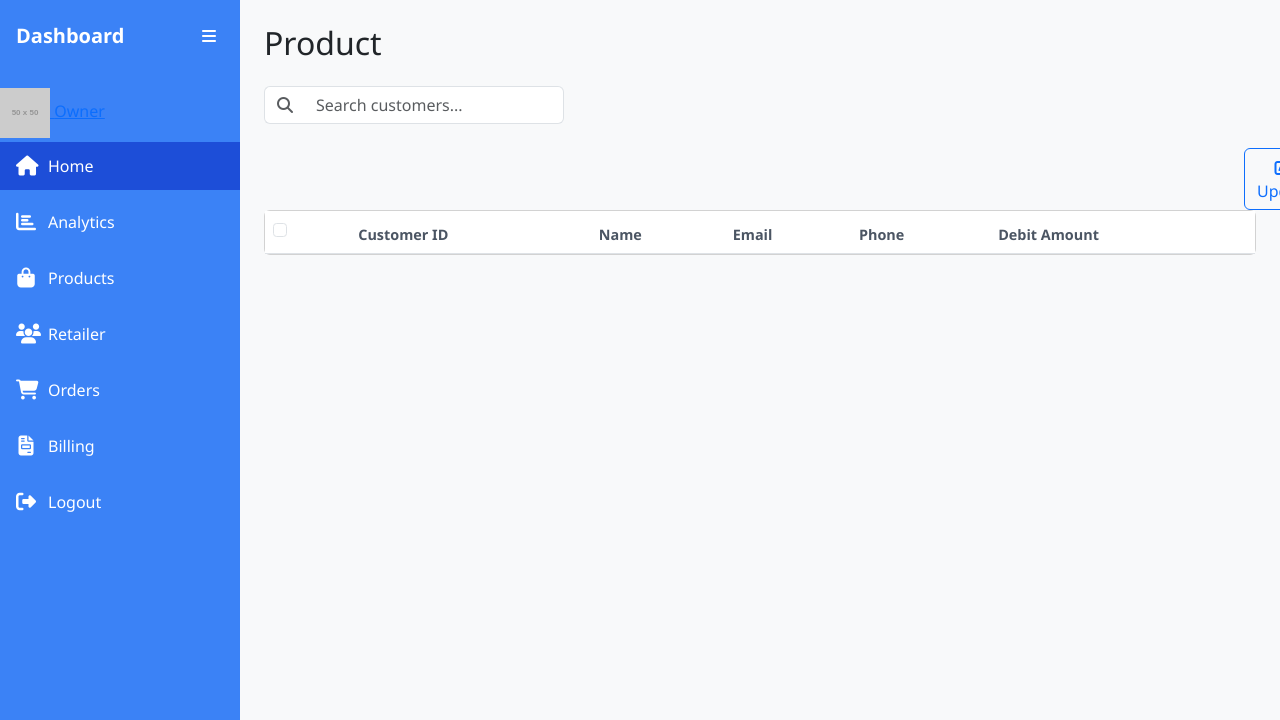
Repository: AditiAjitSalvi/Inventory_Managment
Page: http://localhost/Inventory/Product.jsp
The author's editor kept a copy of each file at every save. The page is drawn from the files as they stood at one save, then again after the next save.
The browser window is 1280 px wide. The pictures show the whole page.
The page is served by Tomcat 9. Queries for data that is not in the repository find no rows.

Above is the page before, as saved 2025-06-01 13:02:08.

After the next save:
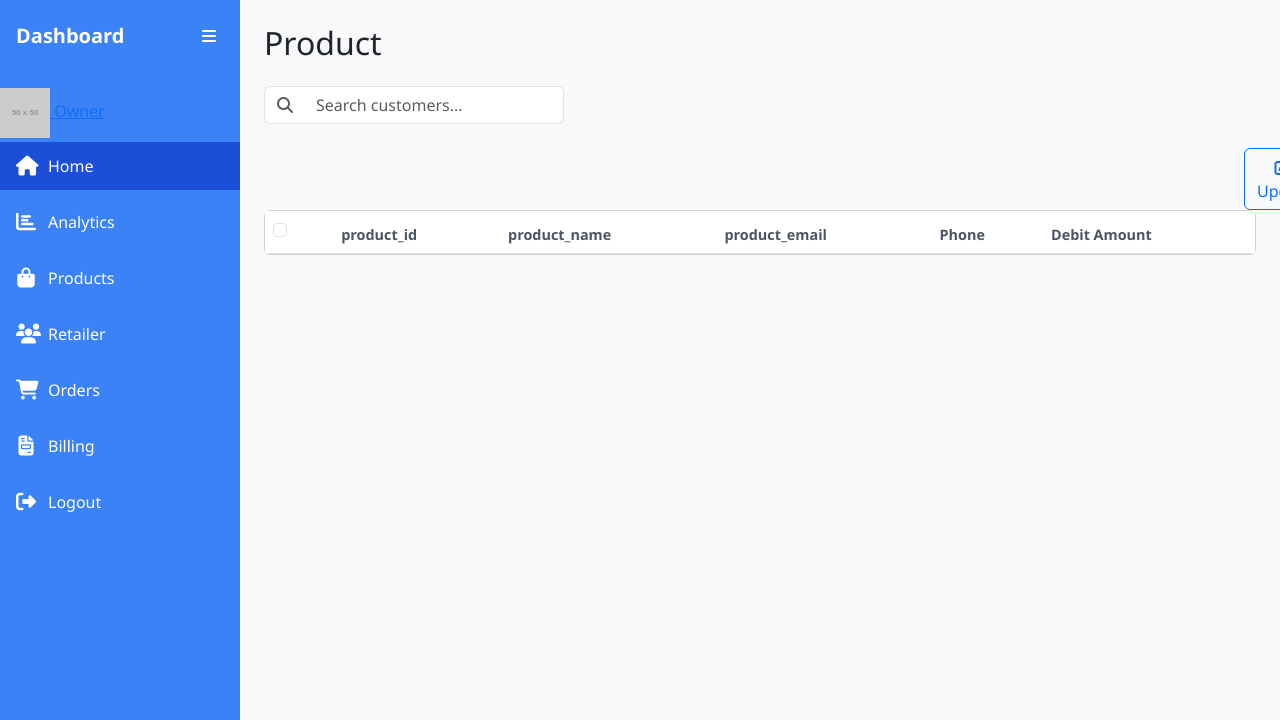
Saved 3 min 30 s later.
--- a/Inventory_Managment_System/Inventory/src/main/webapp/Product.jsp
+++ b/Inventory_Managment_System/Inventory/src/main/webapp/Product.jsp
@@ -328,9 +328,9 @@ body {
 													for="selectAll"></label>
 											</div>
 										</th>
-										<th>Customer ID</th>
-										<th>Name</th>
-										<th>Email</th>
+										<th>product_id</th>
+										<th>product_name</th>
+										<th>product_email</th>
 										<th>Phone</th>
 										<th>Debit Amount</th>
 									</tr>
@@ -349,11 +349,15 @@ body {
 
 										while (rs.next()) {
 									%>
+									<td><%=rs.getString("product_name")%></td>
+									<td><%=rs.getString("unit_price")%></td>
+									<td><%=rs.getString("quantity_in_stock")%></td>
 									<td><%=rs.getString("product_id")%></td>
-									<td><%=rs.getString("product_name")%></td>
-									<td><%=rs.getString("product_email")%></td>
-									<td><%=rs.getString("product_phone")%></td>
-									<td><%=rs.getString("price")%></td>
+
+
+
+
+
 
 									<%
 									}
